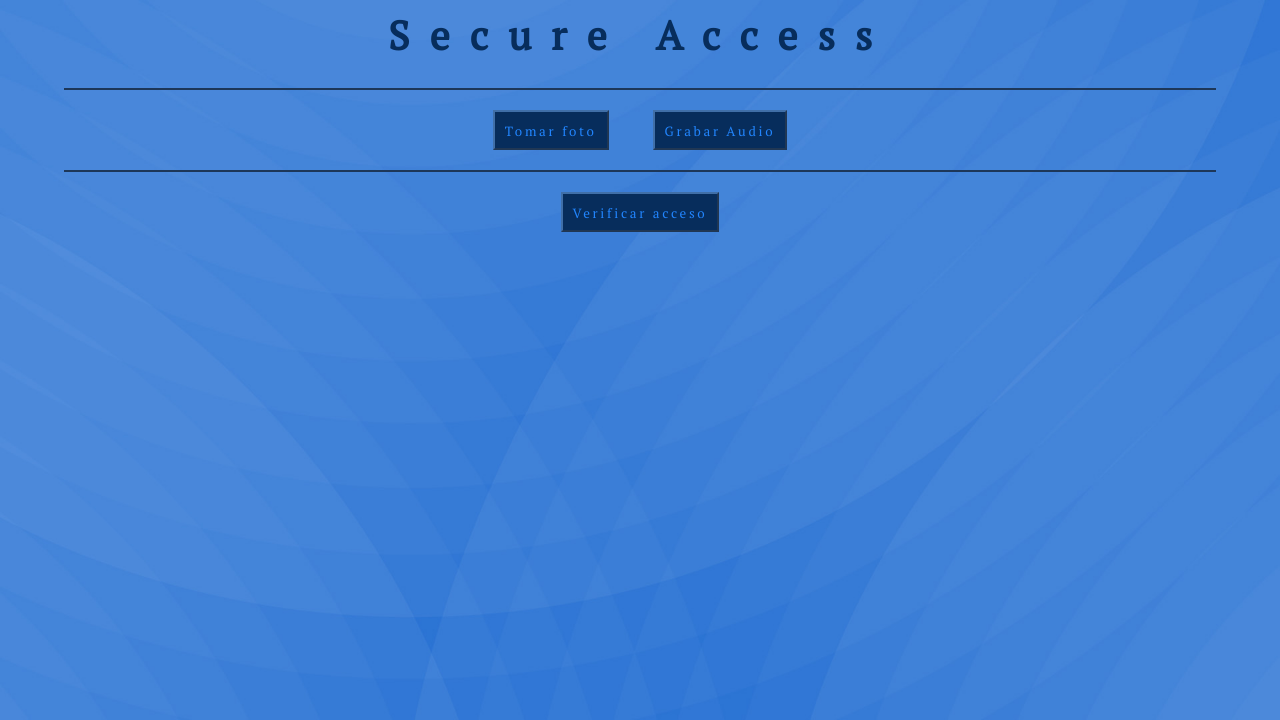
Repository: dabarreiroh/SECURE-ACCESS
Page: accessecure/templates/home/index.html
These files come from the project's save history. The page is drawn as it stood at one moment and after the next save; the edit follows.
The browser window is 1280 px wide. The pictures show the whole page.

Above is the page before, as saved 2020-03-16 23:56:10.

After the next save:
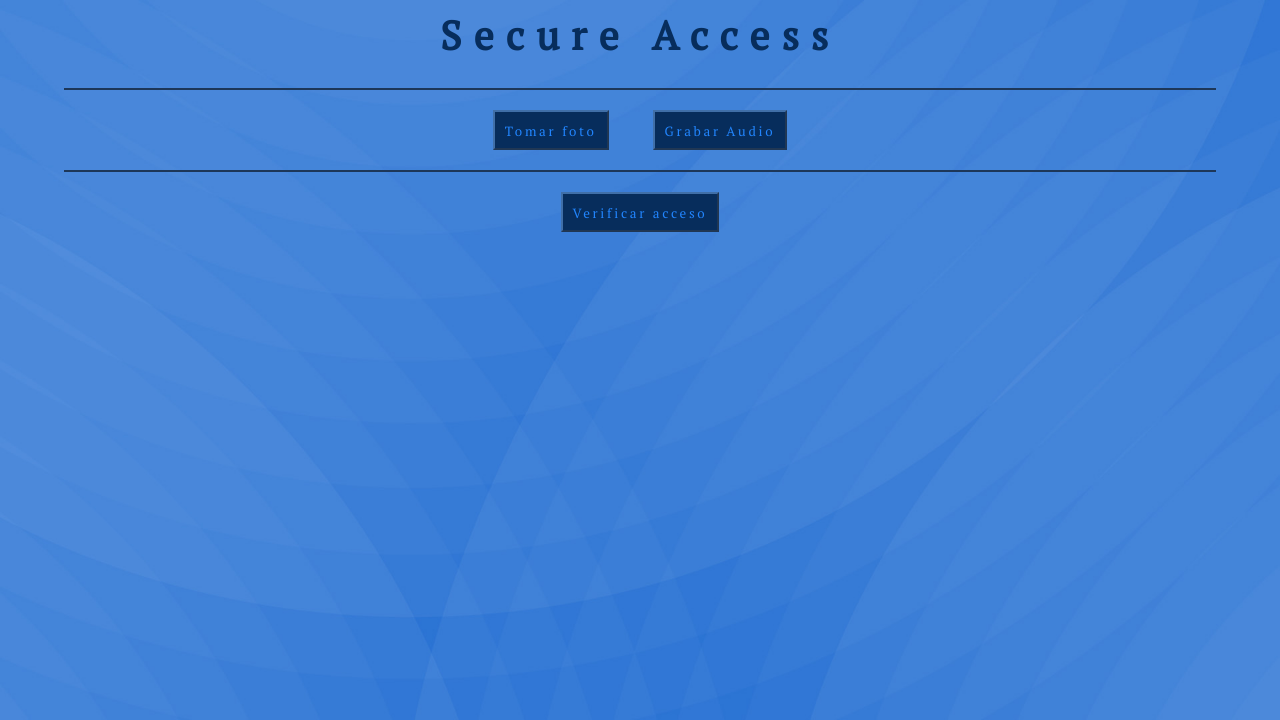
Saved 6 s later.
--- a/accessecure/static/admin/css/index/index.css
+++ b/accessecure/static/admin/css/index/index.css
@@ -11,7 +11,7 @@ body{
 h1{
     color: #072D5C;
     /* color: #1D3759; */
-    letter-spacing: 0.5em;
+    letter-spacing: 0.3em;
     font-size: 40px;
 }
 
